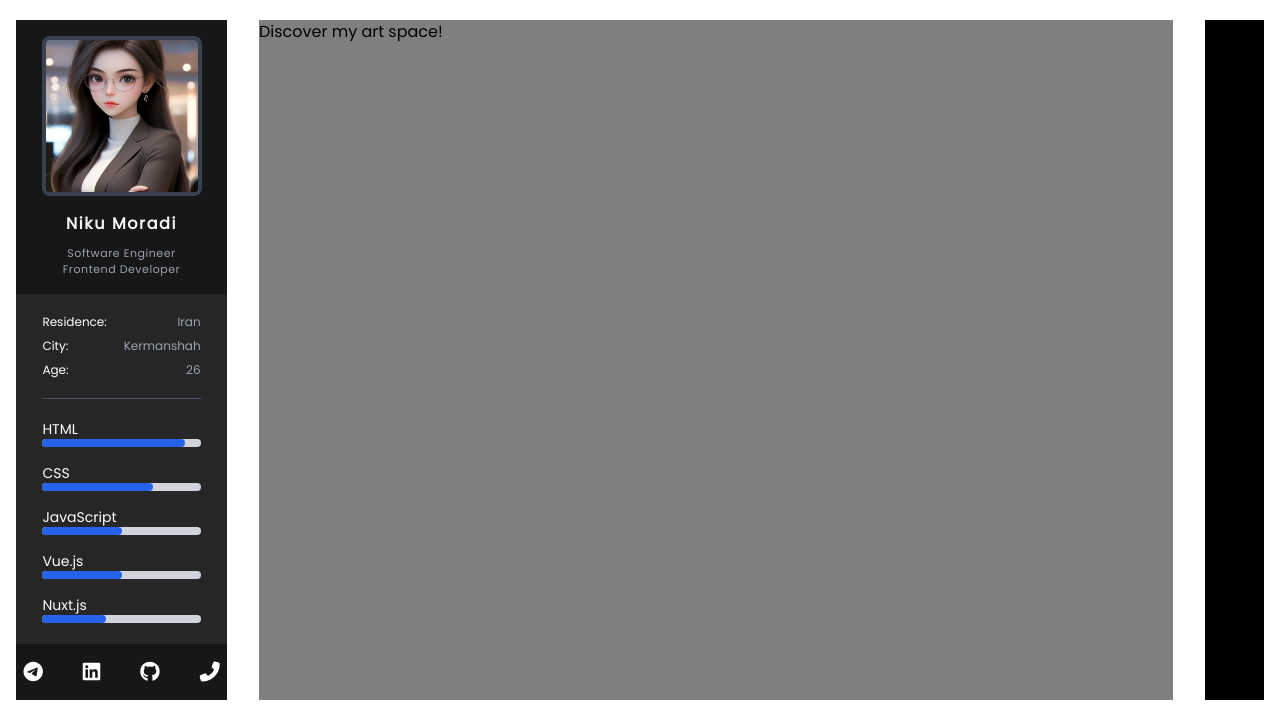
Repository: NikuMoradi/niku-moradi
Page: /
These files come from the project's save history. The page is drawn as it stood at one moment and after the next save; the edit follows.
The browser window is 1280 px wide. The pictures show the whole page.
The project was rebuilt for these pictures with package versions that can differ from the ones it lists, and the page was loaded fresh each time. The framework's server and built-in components were replaced by stand-ins that run in the browser. Also part of the build but not shown: nuxt.config.ts, components/Blog Posts/Component-Design.vue, components/Blog.vue, components/Contact.vue, components/Education.vue, components/Experience.vue, components/Hero.vue, components/Menu.vue and 3 more.

Above is the page before, as saved 2024-11-29 15:01:23.

After the next save:
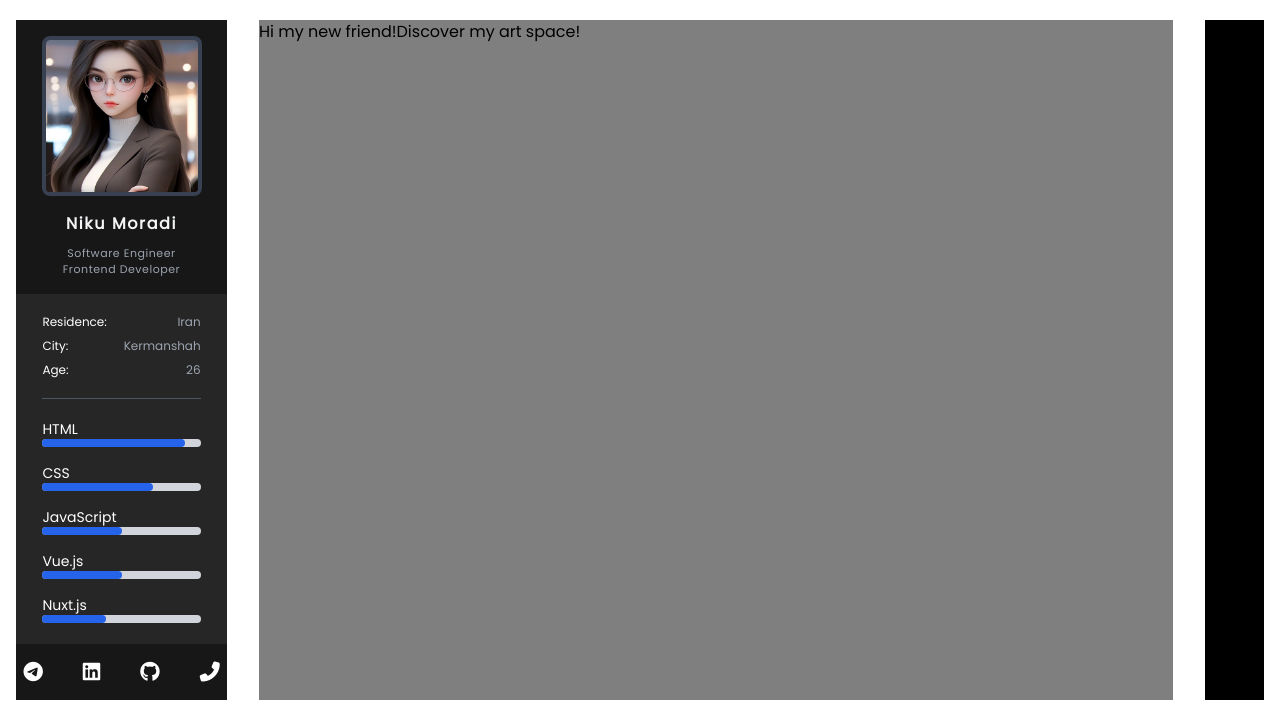
Saved 92 s later.
--- a/pages/index.vue
+++ b/pages/index.vue
@@ -1,5 +1,6 @@
 <template>
-  <div class="flex">
+  <div class="w-full flex">
+    <p>Hi my new friend!</p>
     <h1>Discover my art space!</h1>
   </div>
 </template>
